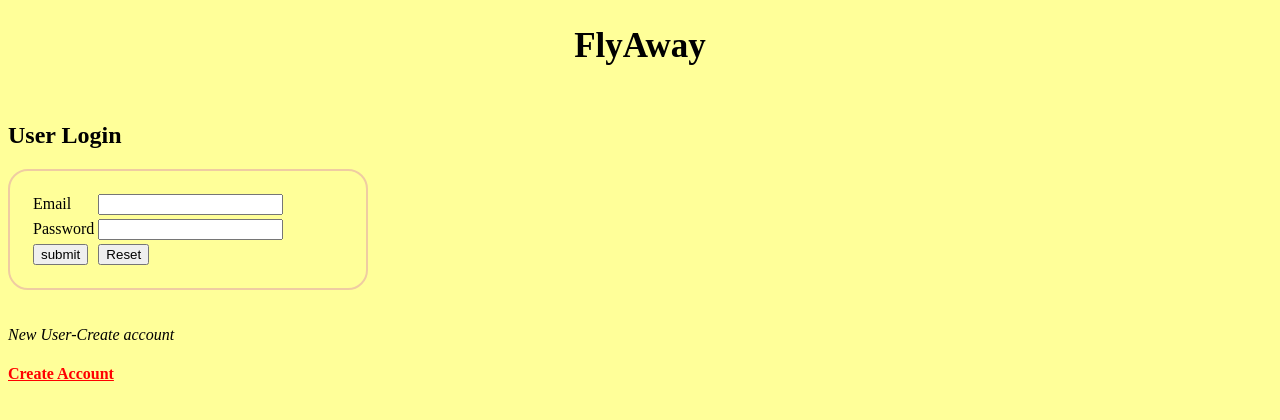
Repository: badrilogaram/Phase-two-project
Page: http://localhost/FlyAway-master/UserPage.jsp
An editor plug-in stored every save of this project. The page is shown before and after the next save, followed by the edit.
The browser window is 1280 px wide. The pictures show the whole page.
The page is served by Tomcat 9.

Above is the page before, as saved 2021-05-27 23:01:38.

After the next save:
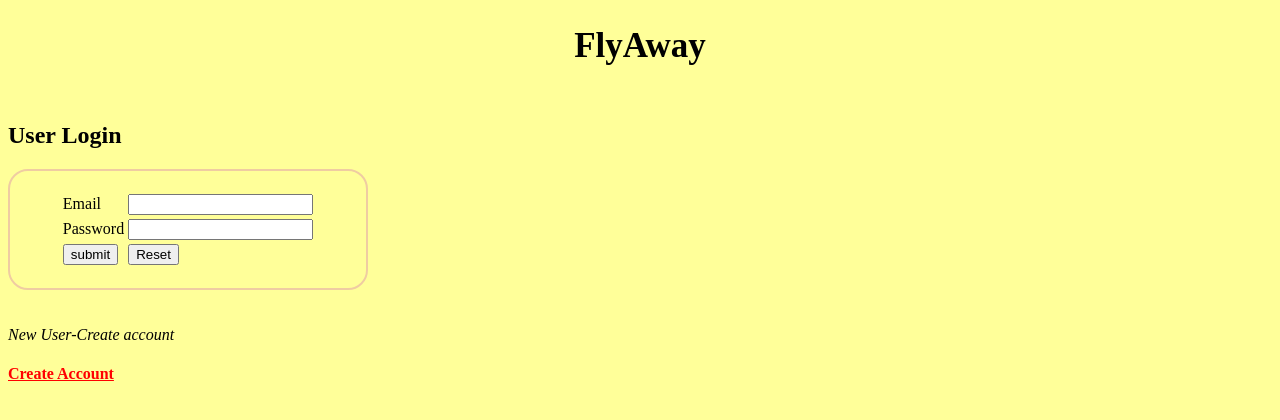
Saved 17 s later.
--- a/FlyAway-master/src/main/webapp/UserPage.jsp
+++ b/FlyAway-master/src/main/webapp/UserPage.jsp
@@ -14,7 +14,7 @@
 <br><br>
 
 <h2>User Login</h2>
-<div style="border:2px solid #efcca2;width:25%;border-radius:20px;padding:20px" >
+<div style="border:2px solid #efcca2;width:25%;border-radius:20px;padding:20px" align = "center" >
 <form action=UserLogin method=post >
     <table >
     <tr>
